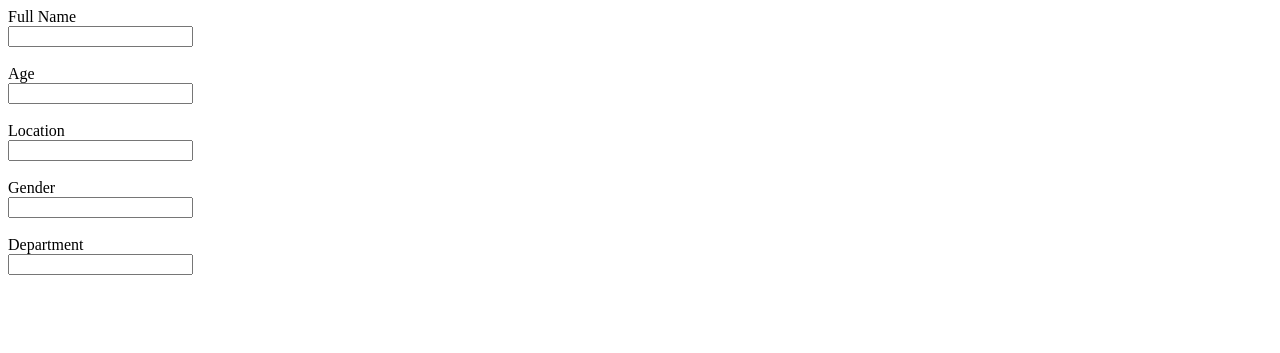
Repository: MrSyntax31/recordmanagement
Page: http://localhost/main/addUser.php
An editor plug-in stored every save of this project. The page is shown before and after the next save, followed by the edit.
The browser window is 1280 px wide. The pictures show the whole page.
The page is run by PHP 8.4 with error messages shown; the project is at /var/www/html/.

Above is the page before, as saved 2022-03-03 14:55:59.

After the next save:
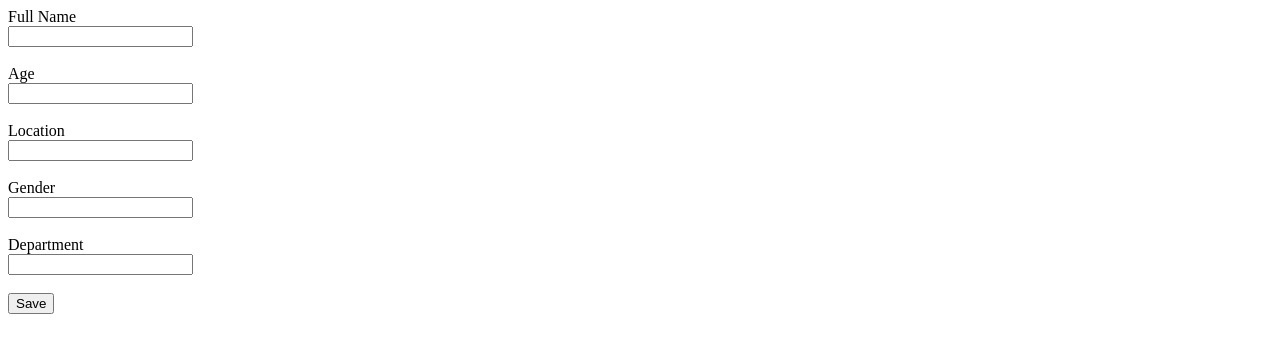
Saved 21 s later.
--- a/main/addUser.php
+++ b/main/addUser.php
@@ -11,6 +11,6 @@ Gender<br>
 Department<br>
 <input type="text" name="date" /><br><br>
 
-
+<input type="submit" value="Save">
 
 </form>
